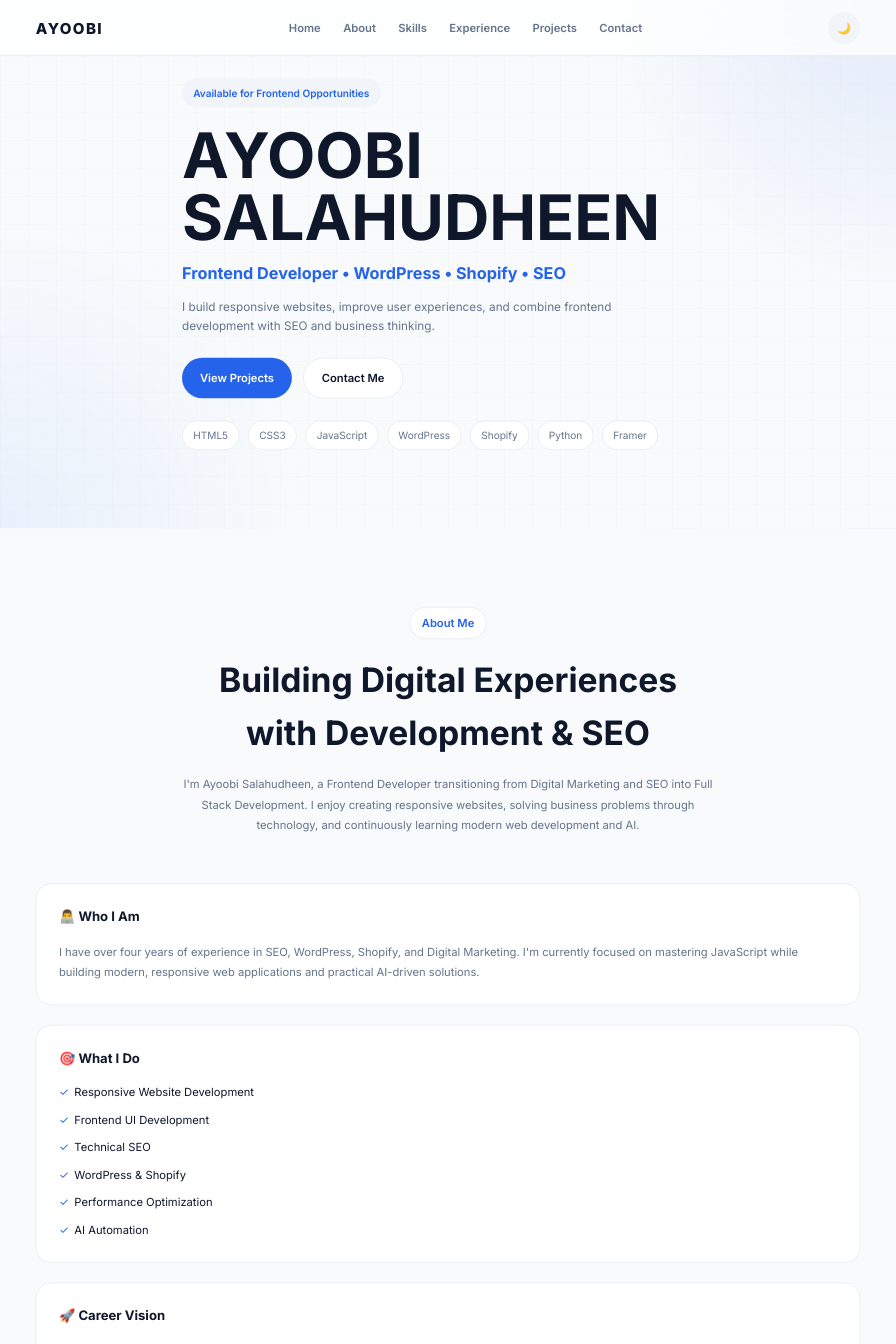
Repository: Aybscoder/portfolio
Page: index.html
An editor plug-in stored every save of this project. The page is shown before and after the next save, followed by the edit.
The browser window is 1280 px wide. The pictures show the part of the page from y = 0 to 1920 px (the page is 8415 px tall before and 8389 px after), at 70% of full size.

Above is the page before, as saved 2026-07-10 12:49:34.

After the next save:
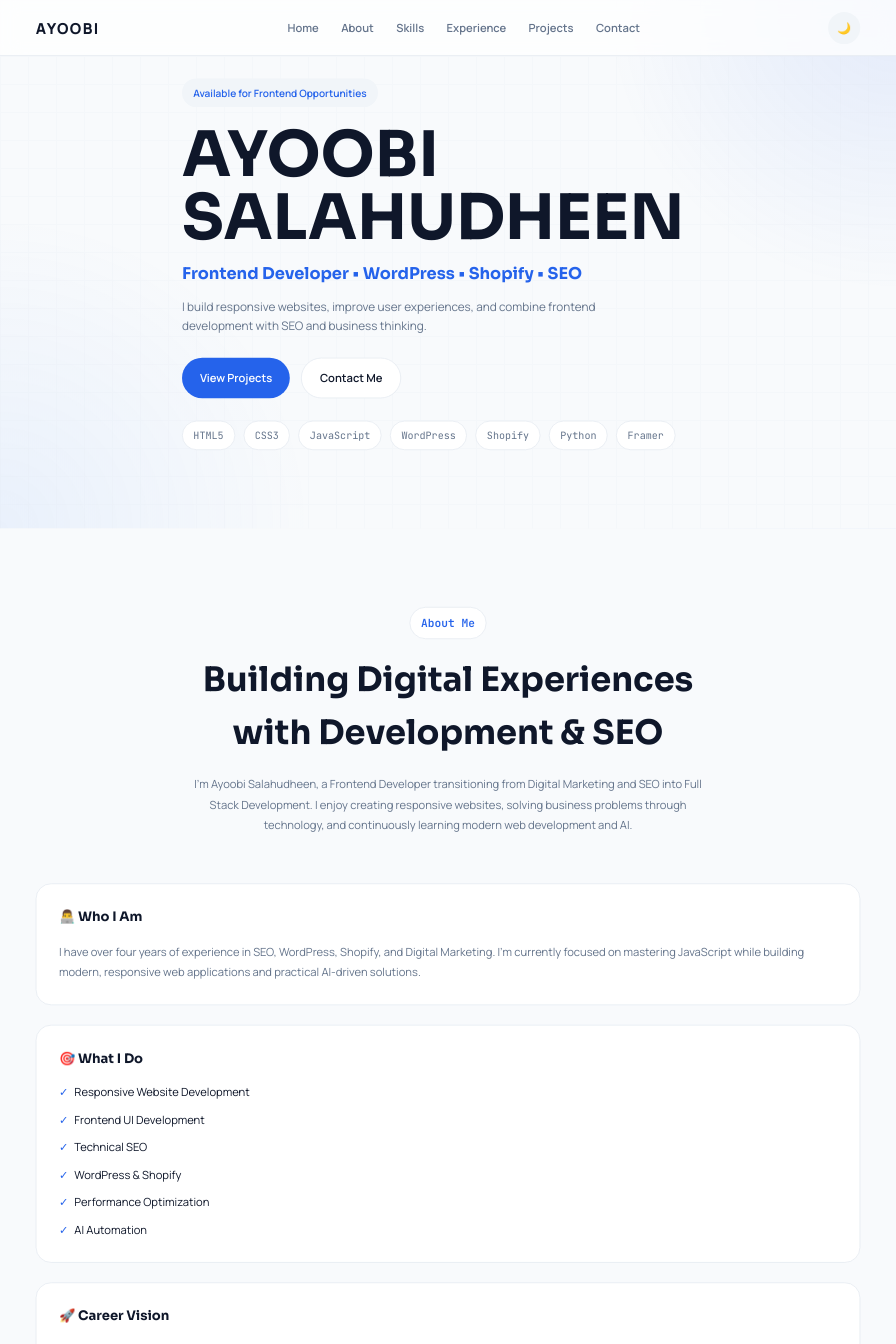
Saved 5 min 4 s later.
--- a/css/reset.css
+++ b/css/reset.css
@@ -100,3 +100,22 @@ html::-webkit-scrollbar-thumb{
     background:var(--primary);
     border-radius:999px;
 }
+body{
+
+    font-family:var(--font-body);
+
+}
+
+h1,h2,h3,h4,h5,h6{
+
+    font-family:var(--font-heading);
+
+}
+
+.hero-tags li,
+.project-type,
+.section-tag{
+
+    font-family:var(--font-code);
+
+}
--- a/css/variables.css
+++ b/css/variables.css
@@ -76,3 +76,12 @@ body.dark{
     --shadow-lg:0 20px 60px rgba(0,0,0,.45);
 
 }
+:root{
+
+    --font-heading:"Sora",sans-serif;
+
+    --font-body:"Manrope",sans-serif;
+
+    --font-code:"JetBrains Mono",monospace;
+
+}
